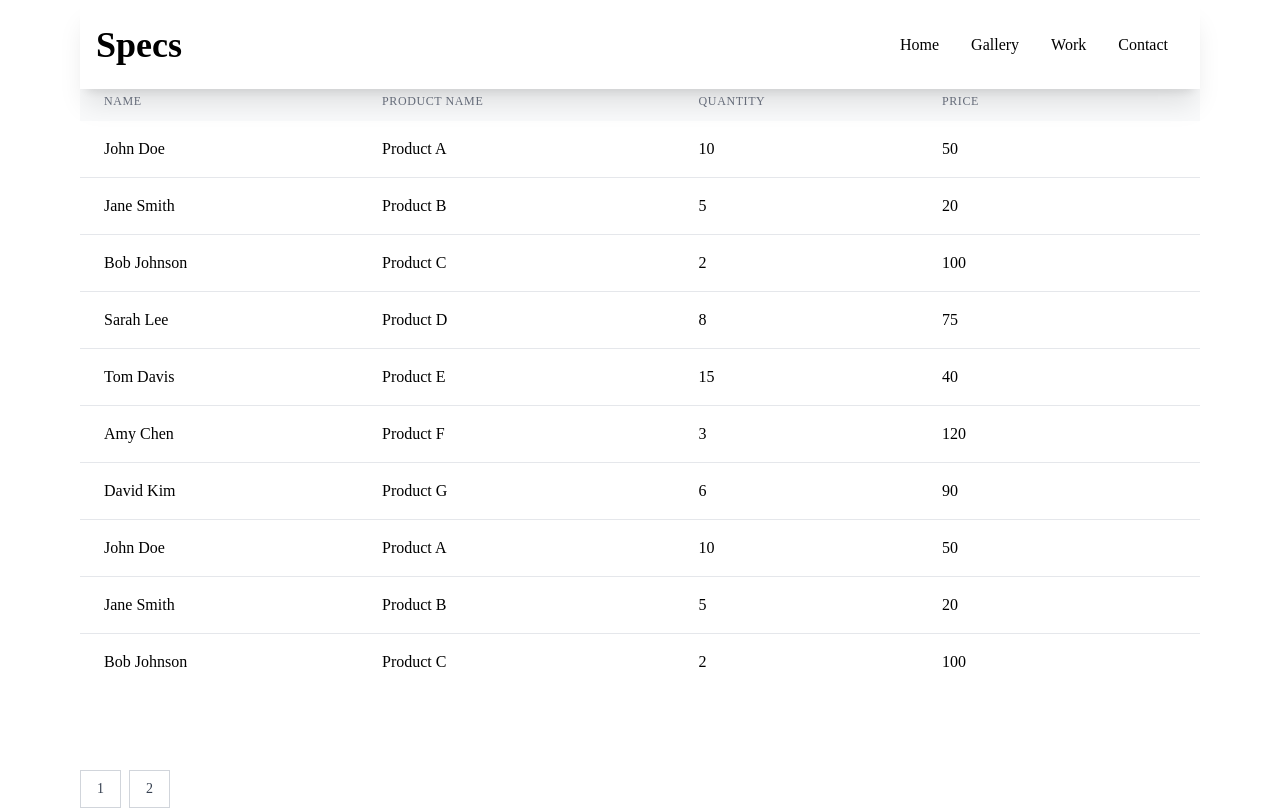
Repository: rushit163/frames-ecommerce
Page: /
An editor plug-in stored every save of this project. The page is shown before and after a run of saves, followed by the edit.
The browser window is 1280 px wide. The pictures show the whole page.
The project was rebuilt for these pictures with package versions that can differ from the ones it lists, and the page was loaded fresh each time. The framework's server and built-in components were replaced by stand-ins that run in the browser. Also part of the build but not shown: next.config.js.

Above is the page before, as saved 2023-05-06 06:56:04.

### pages/index.tsx
import Image from 'next/image'
import { Inter } from 'next/font/google';
import Admin_homePage from './Admin_homePage';
const inter = Inter({ subsets: ['latin'] })

export default function Home() {
  return (

      <Admin_homePage/>

  )
}

### styles/globals.css
@tailwind base;
@tailwind components;
@tailwind utilities;

@import url("https://fonts.googleapis.com/css2?family=Playfair+Display:ital,wght@0,400;0,500;0,600;0,700;0,800;0,900;1,400;1,500;1,600;1,700;1,800;1,900&display=swap");

.swiper {
  width: 700px;
  height: 500px;
}

### pages/Admin_homePage.tsx
import Navbar from '@/components/Navbar';
import React from 'react';
import { useState } from 'react';

const products = [
    {
      id: 1,
      name: 'John Doe',
      productName: 'Product A',
      quantity: 10,
      price: 50.0
    },
    {
      id: 2,
      name: 'Jane Smith',
      productName: 'Product B',
      quantity: 5,
      price: 20.0
    },
    {
      id: 3,
      name: 'Bob Johnson',
      productName: 'Product C',
      quantity: 2,
      price: 100.0
    },
    {
      id: 4,
      name: 'Sarah Lee',
      productName: 'Product D',
      quantity: 8,
      price: 75.0
    },
    {
      id: 5,
      name: 'Tom Davis',
      productName: 'Product E',
      quantity: 15,
      price: 40.0
    },
    {
      id: 6,
      name: 'Amy Chen',
      productName: 'Product F',
      quantity: 3,
      price: 120.0
    },
    {
      id: 7,
      name: 'David Kim',
      productName: 'Product G',
      quantity: 6,
      price: 90.0
    },
    {
      id: 8,
      name: 'John Doe',
      productName: 'Product A',
      quantity: 10,
      price: 50.0
    },
    {
      id: 9,
      name: 'Jane Smith',
      productName: 'Product B',
      quantity: 5,
      price: 20.0
    },
    {
      id: 10,
      name: 'Bob Johnson',
      productName: 'Product C',
      quantity: 2,
      price: 100.0
    },
    {
      id: 11,
      name: 'Sarah Lee',
      productName: 'Product D',
      quantity: 8,
      price: 75.0
    },
    {
      id: 12,
      name: 'Tom Davis',
      productName: 'Product E',
      quantity: 15,
      price: 40.0
    },
    {
      id: 13,
      name: 'Amy Chen',
      productName: 'Product F',
      quantity: 3,
      price: 120.0
    },
    {
      id: 14,
      name: 'David Kim',
      productName: 'Product G',
      quantity: 6,
      price: 90.0
    }
  ];


  const Admin_homePage = () => {
    const [currentPage, setCurrentPage] = useState(1);
    const [itemsPerPage, setItemsPerPage] = useState(10);

    // Logic to get current items
    const indexOfLastItem = currentPage * itemsPerPage;
    const indexOfFirstItem = indexOfLastItem - itemsPerPage;
    const currentItems = products.slice(indexOfFirstItem, indexOfLastItem);

    // Logic to paginate
    const pageNumbers = [];
    for (let i = 1; i <= Math.ceil(products.length / itemsPerPage); i++) {
      pageNumbers.push(i);
    }

    const renderPageNumbers = pageNumbers.map(number => {
      return (
        <li
          key={number}
          className={`relative inline-flex items-center px-4 py-2 border border-gray-300 bg-white text-sm font-medium text-gray-700 hover:bg-gray-50 ${currentPage === number ? 'bg-gray-200' : ''}`}
          onClick={() => setCurrentPage(number)}
        >
          {number}
        </li>
      );
    });

    return (
      <div className="flex items-center justify-center h-screen md:pl-20 md:pr-20">
  <div className="w-full h-200">
    <Navbar/>
    <table className="w-full h-32 mt-20 mb-20">
      <thead className="bg-gray-50">
        <tr>
          <th
            scope="col"
            className="px-6 py-3 text-left text-xs font-medium text-gray-500 uppercase tracking-wider"
          >
            Name
          </th>
          <th
            scope="col"
            className="px-6 py-3 text-left text-xs font-medium text-gray-500 uppercase tracking-wider"
          >
            Product Name
          </th>
          <th
            scope="col"
            className="px-6 py-3 text-left text-xs font-medium text-gray-500 uppercase tracking-wider"
          >
            Quantity
          </th>
          <th
            scope="col"
            className="px-6 py-3 text-left text-xs font-medium text-gray-500 uppercase tracking-wider"
          >
            Price
          </th>
          <th scope="col" className="relative px-6 py-3">
            <span className="sr-only">Edit</span>
          </th>
        </tr>
      </thead>
      <tbody className="bg-white divide-y divide-gray-200">
        {currentItems.length === 0 ? (
          <tr>
            <td colSpan="5" className="text-center p-4">
              <h1>No items present in the table</h1>
            </td>
          </tr>
        ) : (
          currentItems.map((product) => (
            <tr key={product.id} className="hover:bg-gray-100">
              <td className="px-6 py-4 whitespace-nowrap">{product.name}</td>
              <td className="px-6 py-4 whitespace-nowrap">{product.productName}</td>
              <td className="px-6 py-4 whitespace-nowrap">{product.quantity}</td>
              <td className="px-6 py-4 whitespace-nowrap">{product.price}</td>
            </tr>
          ))
        )}
      </tbody>
    </table>
    <ul className="flex space-x-2 mt-4">{renderPageNumbers}</ul>
  </div>
</div>

    );
  };

export default Admin_homePage;

### components/Navbar.tsx
import Link from 'next/link';
import React, { useState } from 'react';


const Navbar = () => {
  const [nav, setNav] = useState(false);

  const handleNav = () => {
    setNav(!nav);
  };


  return (
    <div className='sticky bg-primary left-0 top-0 w-full ease-in duration-300 shadow-xl'>
      <div className='max-w-[1240px] m-auto flex justify-between items-center p-4 text-black'>
        <Link href='/'>
          <h1  className='font-bold text-4xl'>
            Specs
          </h1>
        </Link>
        <ul className='hidden sm:flex'>
          <li className='p-4'>
            <Link href='/'>Home</Link>
          </li>
          <li className='p-4'>
            <Link href='/#gallery'>Gallery</Link>
          </li>
          <li className='p-4'>
            <Link href='/work'>Work</Link>
          </li>
          <li className='p-4'>
            <Link href='/contact'>Contact</Link>
          </li>
        </ul>

        {/* Mobile Button */}
        <div onClick={handleNav} className='block sm:hidden z-10 cursor-pointer'>
          {nav ? (
            <div>
                <svg xmlns="http://www.w3.org/2000/svg" fill="none" viewBox="0 0 24 24" strokeWidth={1.5} stroke="currentColor" className="w-6 h-6">
                <path strokeLinecap="round" strokeLinejoin="round" d="M6 18L18 6M6 6l12 12" />
                </svg>

            </div>
          ) : (
            <div >
                <svg xmlns="http://www.w3.org/2000/svg" fill="none" viewBox="0 0 24 24" strokeWidth={1.5}  stroke="currentColor" className="w-6 h-6">
                 <path strokeLinecap="round" strokeLinejoin="round" d="M3.75 5.25h16.5m-16.5 4.5h16.5m-16.5 4.5h16.5m-16.5 4.5h16.5" />
                </svg>
            </div>
          )}
        </div>
        {/* Mobile Menu */}
        <div
          className={
            nav
              ? 'sm:hidden absolute top-0 left-0 right-0 bottom-0 flex justify-center items-center w-full h-screen bg-primary bg-opacity-70 backdrop-blur-sm text-center ease-in duration-300'
              : 'sm:hidden absolute top-0 left-[-100%] right-0 bottom-0 flex justify-center items-center w-full h-screen bg-primary text-center ease-in duration-300 bg-opacity-70 backdrop-blur-sm'
          }
        >
          <ul>
            <li onClick={handleNav} className='p-4 text-4xl '>
              <Link href='/'>Home</Link>
            </li>
            <li onClick={handleNav} className='p-4 text-4xl '>
              <Link href='/#gallery'>Gallery</Link>
            </li>
            <li onClick={handleNav} className='p-4 text-4xl '>
              <Link href='/work'>Work</Link>
            </li>
            <li onClick={handleNav} className='p-4 text-4xl'>
              <Link href='/contact'>Contact</Link>
            </li>
          </ul>
        </div>
      </div>
    </div>
  );
};




export default Navbar;

### tailwind.config.js
/** @type {import('tailwindcss').Config} */
module.exports = {
  content: [
    "./pages/**/*.{js,ts,jsx,tsx,mdx}",
    "./components/**/*.{js,ts,jsx,tsx,mdx}",
    "./app/**/*.{js,ts,jsx,tsx,mdx}",
  ],
  theme: {
    extend: {
      colors: {
        primary: "#ffffff",
        secondary: "#7e57c2",
      },
      fontFamily: {
        primary: ["Playfair Display", "serif"],
      },
    },
  },
  plugins: [require("@tailwindcss/forms")],
};

Loaded but not shown: pages/_app.tsx (common file); pages/_document.tsx (common file)

After the next 2 saves:
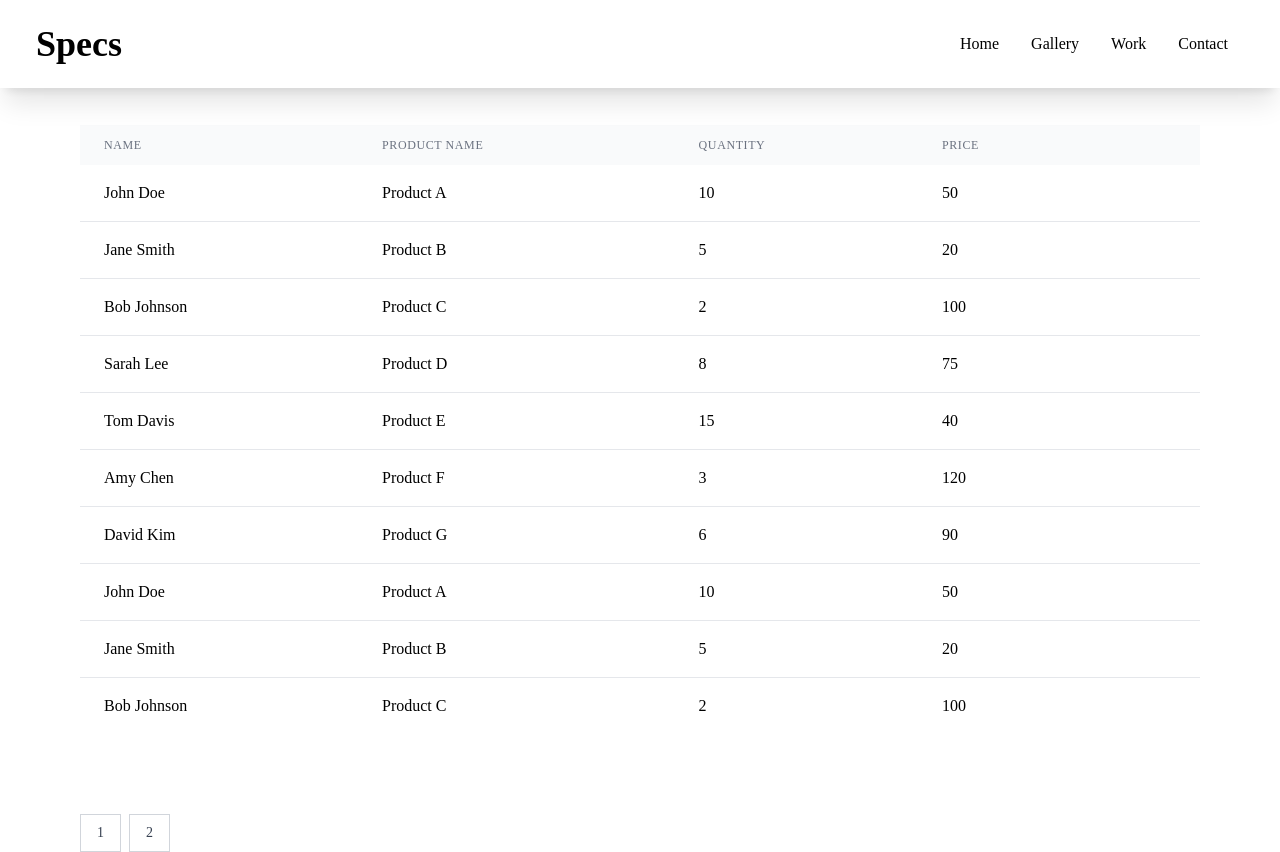
The 2 saves are shown as one change because 1 did not build or start.
The last was saved 116 s later.
--- a/pages/Admin_homePage.tsx
+++ b/pages/Admin_homePage.tsx
@@ -132,9 +132,10 @@ const products = [
     });
 
     return (
-      <div className="flex items-center justify-center h-screen md:pl-20 md:pr-20">
+    <>
+    <Navbar/>
+    <div className="flex items-center justify-center h-screen md:pl-20 md:pr-20">
   <div className="w-full h-200">
-    <Navbar/>
     <table className="w-full h-32 mt-20 mb-20">
       <thead className="bg-gray-50">
         <tr>
@@ -189,6 +190,8 @@ const products = [
     <ul className="flex space-x-2 mt-4">{renderPageNumbers}</ul>
   </div>
 </div>
+    </>
+
 
     );
   };
